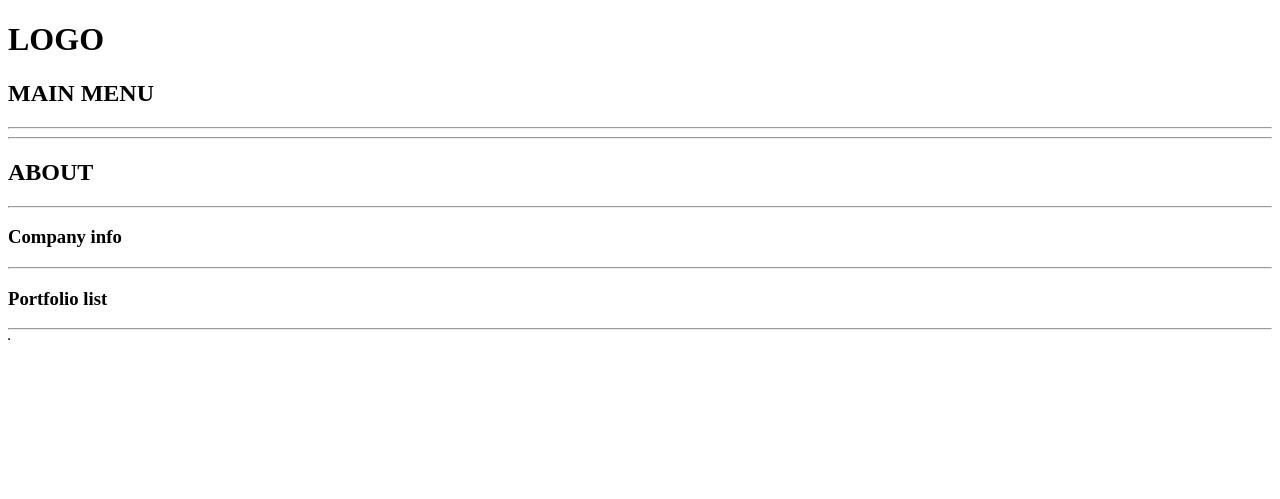
Repository: sonminho/aos
Page: Webserver/addup_perfume/WebContent/prca.html
An editor plug-in stored every save of this project. The page is shown before and after the next save, followed by the edit.
The browser window is 1280 px wide. The pictures show the whole page.

Above is the page before, as saved 2017-11-13 10:54:45.

After the next save:
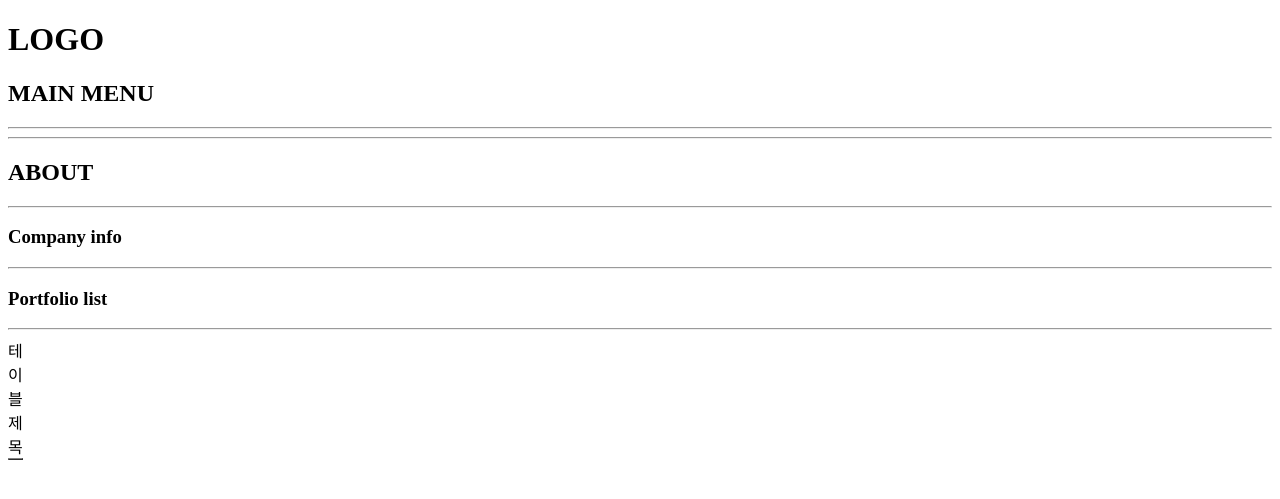
Saved 15 s later.
--- a/Webserver/addup_perfume/WebContent/prca.html
+++ b/Webserver/addup_perfume/WebContent/prca.html
@@ -30,7 +30,9 @@
 	</div>
 </div>
 <table border="1">
-
+	<caption>
+		테이블제목
+	</caption>
 </table>
 </body>
 </html>
